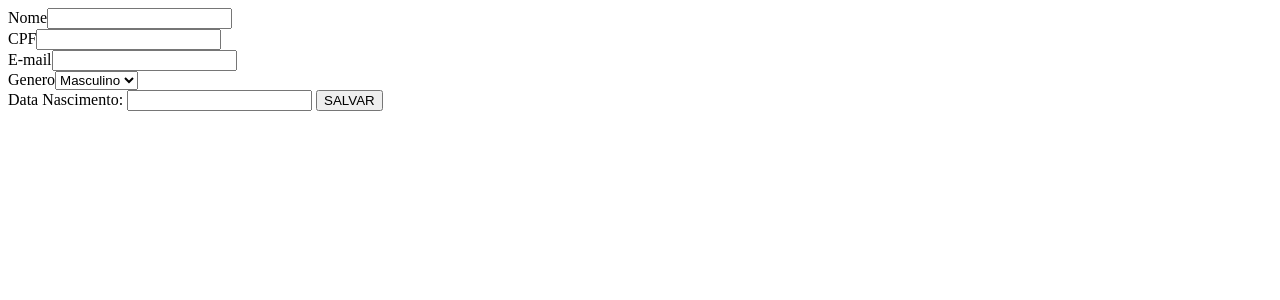
Repository: BrunoFBI/LED-2019
Page: http://localhost/les12015-web/CadastroCliente.jsp
An editor plug-in stored every save of this project. The page is shown before and after the next save, followed by the edit.
The browser window is 1280 px wide. The pictures show the whole page.
The page is served by Tomcat 9.

Above is the page before, as saved 2019-02-12 17:52:59.

After the next save:
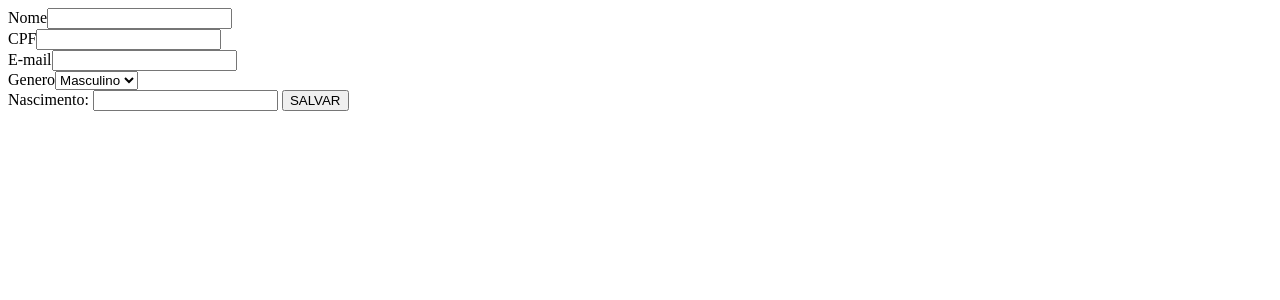
Saved 15 s later.
--- a/les12015-web/WebContent/CadastroCliente.jsp
+++ b/les12015-web/WebContent/CadastroCliente.jsp
@@ -18,7 +18,7 @@
 			  <option value="volvo">Feminino</option>
 			  <option value="volvo">Outros</option>
 			</select></br>
-			Data Nascimento: <input type="text" name="bday">
+			Nascimento: <input type="text" name="bday">
 		<input type="submit" name="operacao" value="SALVAR" id="operacao">
 	</form>
 </body>
